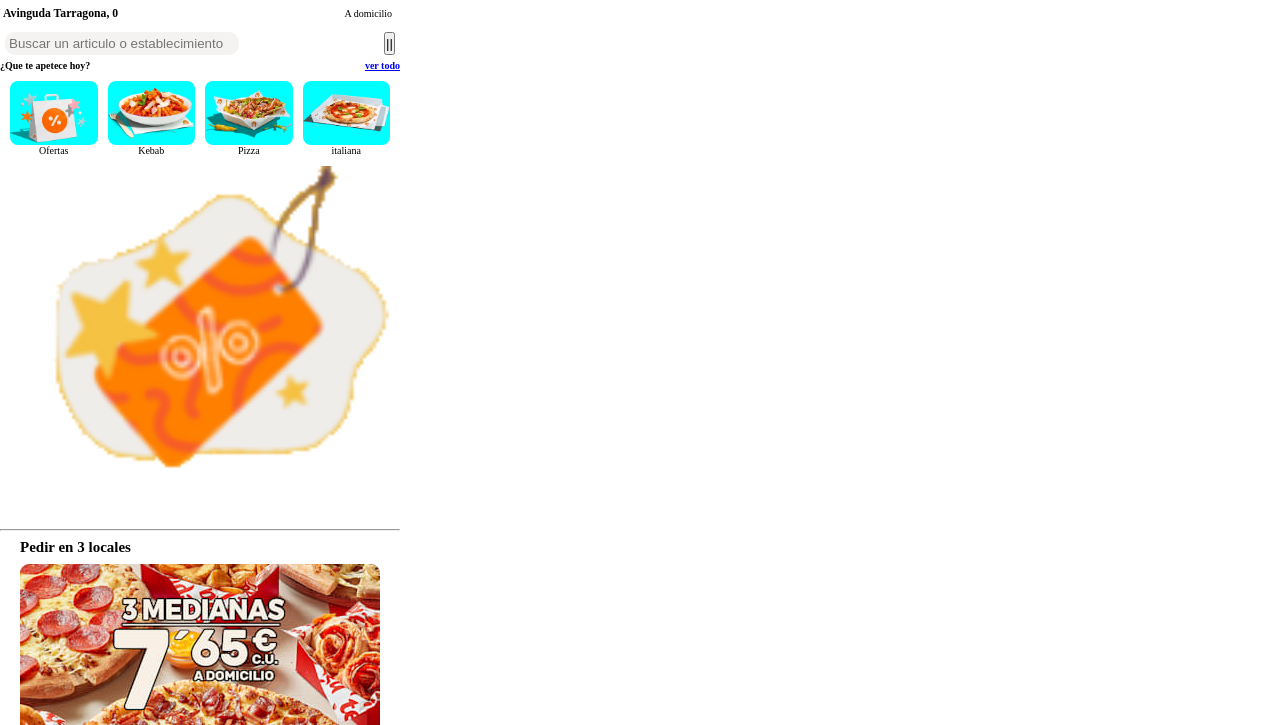
Repository: Srpinedaa/justEat
Page: index.html
These files come from the project's save history. The page is drawn as it stood at one moment and after the next save; the edit follows.
The browser window is 1280 px wide. The pictures show the part of the page from y = 0 to 725 px (the page is 1287 px tall before and 1297 px after).
A picture or video elsewhere on the page could not be fetched, so the positions and the page height are approximate.

Above is the page before, as saved 2024-10-02 16:29:24.

### index.html
<!DOCTYPE html>
<html lang="en">

<head>
    <meta charset="UTF-8">
    <meta name="viewport" content="width=, initial-scale=1.0">
    <title>Just Eat</title>
    <link rel="stylesheet" href="css/estilos.css">
</head>

<body>
    <div id="all">
        <header>
            <div id="navDireccion">
                <h3 class="direccion">Avinguda Tarragona, 0</h3>
                <div class="formaPedido">
                    <p>A domicilio</p>
                </div>
            </div>

            <div id="navBuscador">
                <input type="text" placeholder="Buscar un articulo o establecimiento">
                <button>||</button>
            </div>
        </header>
        <main>
            <div id="contenido">
                <div id="bloque1">
                    <section class="bloque1Sesion1">
                        <h4>¿Que te apetece hoy?</h4>
                        <h4><a href="#">ver todo</a></h4>
                    </section>
                    <section class="bloque1Sesion2">
                        <div class="fotoComida">
                            <img src="img/ofertas.png" alt="ofertas">
                            <p>Ofertas</p>
                        </div>
                        <div class="fotoComida">
                            <img src="img/italiana.png" alt="italiana">
                            <p>Kebab</p>
                        </div>
                        <div class="fotoComida">
                            <img src="img/kebab.png" alt="kebab">
                            <p>Pizza</p>
                        </div>
                        <div class="fotoComida">
                            <img src="img/pizza.png" alt="pizza">
                            <p>italiana</p>
                        </div>
                    </section>
                </div>
                <div id="bloque2">
                    <div id="slideShow">
                        <img src="img/descuento.png" alt="descuentos">
                    </div>
                </div>
                <hr>
                <div id="bloque3">
                    <h2>Pedir en 3 locales</h2>
                    <section class="bloquePedidos">
                        <div class="pedido">
                            <div class="imagenPedido">
                                <img src="img/pizza.jpg" alt="pizza">
                            </div>
                            <div class="informacionPedido">
                                <h5>Telepiza Tarrega</h5>
                                <p>4.0(27)</p>
                                <p>Pizza, italiana</p>
                                <p>25-40 mins 1.95€ entrega Min 13.95€</p>
                                <p>20% de descuentos en articulos selecionados</p>
                            </div>
                        </div>
                        <div class="pedido">
                            <div class="imagenPedido">
                                <img src="img/kebab1.jpg" alt="pizza">
                            </div>
                            <div class="informacionPedido">
                                <h5>Bon sabor</h5>
                                <p>4.5(26)</p>
                                <p>Kebab, pizza</p>
                                <p>929 m</p>
                            </div>
                        </div>
                        <div class="pedido">
                            <div class="imagenPedido">
                                <img src="img/kebab2.jpg" alt="pizza">
                            </div>
                            <div class="informacionPedido">
                                <h5>Doner Kebab Rey</h5>
                                <p>3.7(3)</p>
                                <p>Kebab, pizza</p>
                                <p>1.6km</p>
                            </div>
                        </div>
                    </section>
                </div>
            </div>
        </main>
        <footer></footer>
    </div>
</body>

</html>

### css/estilos.css
*{
    margin: 0;
    padding: 0;
    box-sizing: border-box;
}

html{
    font-size: 62.5%;
}

#all{
    /* border: 1px solid red; */
    overflow: hidden;
    width: 40rem;

}

#navDireccion{
    /* border: 1px solid green; */
    display: flex;
    justify-content: space-between;
    margin-bottom: 9px;
    padding: 3px;
    align-items: center;
    margin: 0;
}

#navBuscador{
    padding: 5px;
    /* border: 1px solid blue; */
    display: flex;
    justify-content: space-between;
}

#navBuscador input{
    width: 60%;
    border-radius: 1rem;
    padding: 3px;
    border: 1px solid #f5f3f1;
    background-color: #f5f3f1;

}

.buscador{
    /* border: 1px solid red; */
    border-radius: 7px;
    padding: 5px;
}


#slideShow{
    width: 100%;
    height: auto;
    margin-bottom: 2rem;
    padding: 5px;
    /* border: 1px solid cadetblue; */
}

#slideShow img{
    width: 100%;
    height: 100%;
}

.formaPedido{
    /* border: 1px solid red; */
    border-radius: 7px;
    padding: 5px;
}

#contenido{
    /* border: 1px solid green; */
}

#bloque1{
    /* border: 1px solid blue; */
    display: flex;
    flex-direction: column;
}

.bloque1Sesion1{
    /* border: 1px solid pink; */
    display: flex;
    justify-content: space-between;
}

.bloque1Sesion2{
    /* border: 1px solid brown; */
    display: flex;
    width: 100%;
    justify-content: space-between;
    padding: 5px;
}

.fotoComida{
    width: 20rem;
    height: 8rem;
    padding: 5px;
    display: flex;
    flex-direction: column;
    align-items: center;
}

.fotoComida img{
    width: 100%;
    height: 100%;
    border-radius: 8px;

    background-color: aqua;

    /* border: 1px solid salmon; */
}

#bloque3{
    margin-top: 8px;
}

#bloque3 h2{
    margin-bottom: 8px;
    margin-left: 2rem;
}

.bloquePedidos{
    /* border: 1px solid blue; */
}

.pedido{
    width: 100%;
    /* border: 1px solid green; */
    display: flex;
    flex-direction: column;
    border-radius: 8px;
    margin-bottom: 8px;
}

.imagenPedido{
    width: 36rem;
    /* border: 1px solid red; */
    display: flex;
    justify-content: center;
    align-items: center;
    height: 18rem;
    overflow: hidden;
    border-top-right-radius: 9px;
    border-top-left-radius: 9px;
    margin: 0 auto;

    /* position: relative; */
}

.informacionPedido{
    width: 36rem;
    /* background-color: wheat; */
    display: flex;
    flex-wrap: wrap;
    margin: 0 auto;
    padding: 1rem;
    border-bottom-left-radius: 9px;
    border-bottom-right-radius: 9px;
    border: 1px solid #f2f2f2;

}

.informacionPedido h5{
    width: 100%;
}

.informacionPedido p:last-child{
    width: 100%;
}

After the next save:
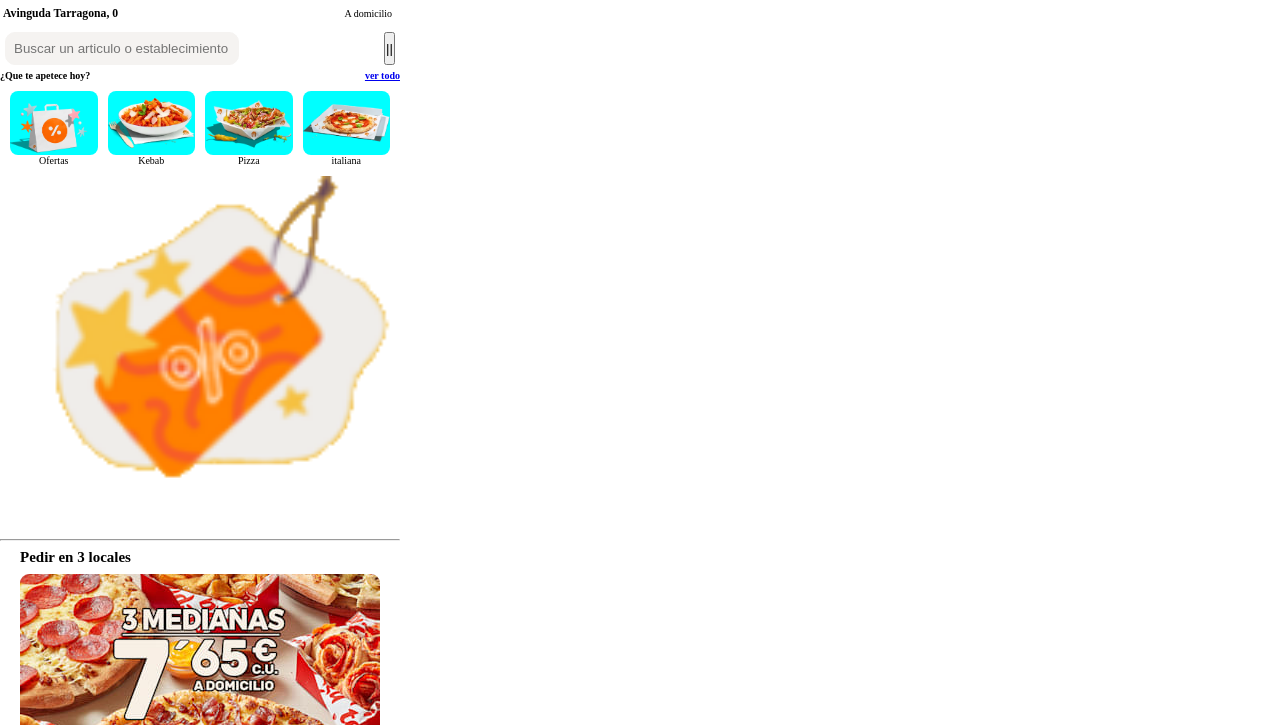
Saved 9 s later.
--- a/css/estilos.css
+++ b/css/estilos.css
@@ -35,7 +35,7 @@
 #navBuscador input{
     width: 60%;
     border-radius: 1rem;
-    padding: 3px;
+    padding: 8px;
     border: 1px solid #f5f3f1;
     background-color: #f5f3f1;
 
